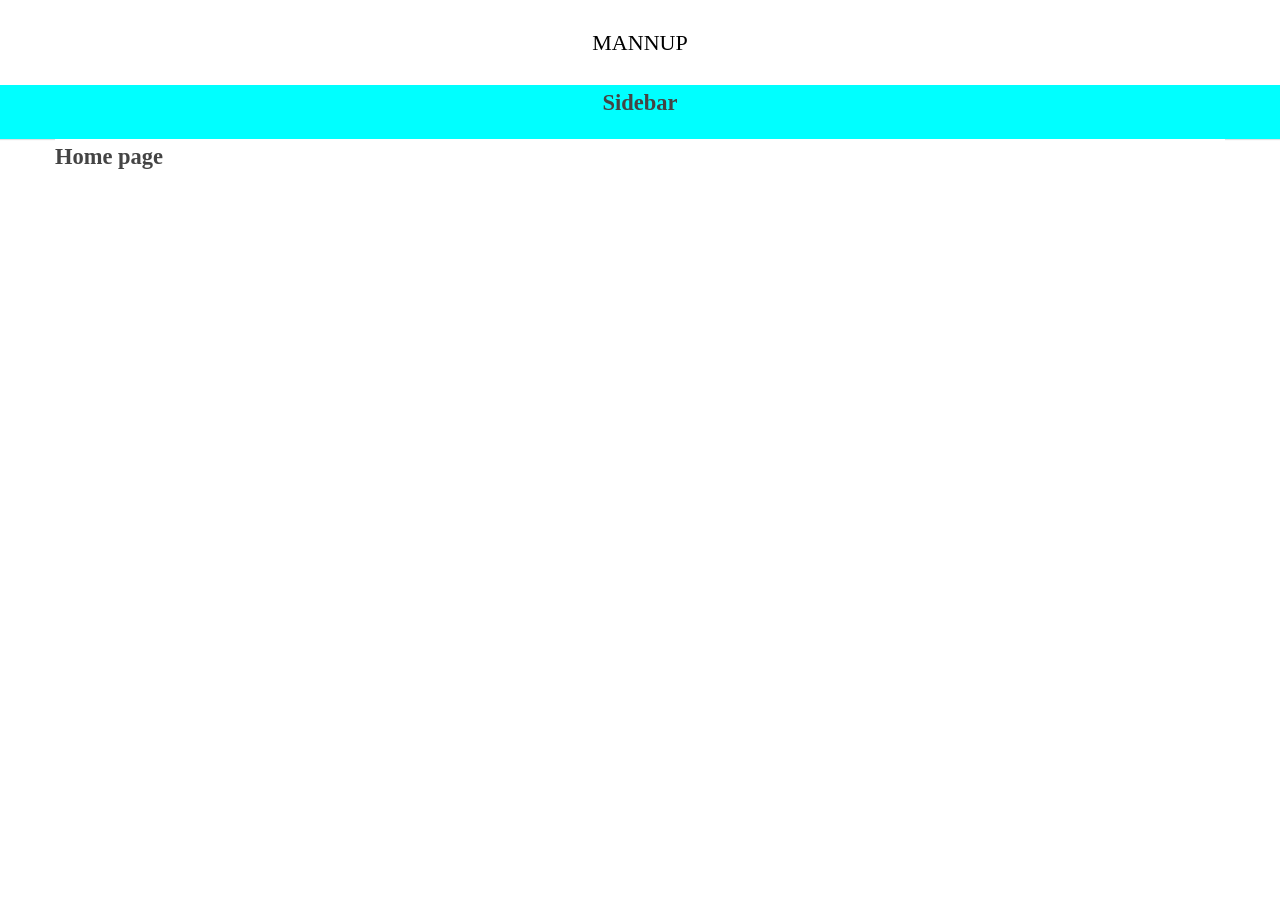
Repository: SyLe-Van/Make-Colorful
Page: /
These files come from the project's save history. The page is drawn as it stood at one moment and after a run of saves; the edit follows.
The browser window is 1280 px wide. The pictures show the whole page.
Some web fonts or font styles are not loaded; a fallback is used. The project was rebuilt for these pictures with package versions that can differ from the ones it lists, and the page was loaded fresh each time. Also part of the build but not shown: src/pages/cinema/index.js, src/pages/fashion/index.js, src/pages/grooming/index.js, src/pages/lifestyle/index.js, src/pages/contact/index.js.

Above is the page before, as saved 2023-10-10 21:52:22.

### src/index.js
import React from 'react';
import ReactDOM from 'react-dom/client';
import App from '~/App';
import reportWebVitals from './reportWebVitals';
import GlobalStyles from '~/components/GlobalStyles';
const root = ReactDOM.createRoot(document.getElementById('root'));
root.render(
    <React.StrictMode>
        <GlobalStyles>
            <App />
        </GlobalStyles>
    </React.StrictMode>,
);

// If you want to start measuring performance in your app, pass a function
// to log results (for example: reportWebVitals(console.log))
// or send to an analytics endpoint. Learn more: https://bit.ly/CRA-vitals
reportWebVitals();

### src/App.js
import { BrowserRouter as Router, Routes, Route } from 'react-router-dom';
import Home from '~/pages/home';
import Cinema from '~/pages/cinema';
import Fashion from '~/pages/fashion';
import Grooming from '~/pages/grooming';
import LifeStyle from '~/pages/lifestyle';
import { publicRoutes } from './routes';
import { Component } from 'react';
import { DefaultLayout } from '~/components/Layout';
import { Fragment } from 'react';
function App() {
    return (
        <Router>
            <div className="App">
                <Routes>
                    {publicRoutes.map((route, index) => {
                        const Layout = route.layout === null ? Fragment : DefaultLayout;
                        const Page = route.component;
                        return (
                            <Route
                                key={index}
                                path={route.path}
                                element={
                                    <Layout>
                                        <Page />
                                    </Layout>
                                }
                            />
                        );
                    })}
                </Routes>
            </div>
        </Router>
    );
}

export default App;

### src/routes/index.js
import Home from '~/pages/home';
import Cinema from '~/pages/cinema';
import Fashion from '~/pages/fashion';
import Grooming from '~/pages/grooming';
import LifeStyle from '~/pages/lifestyle';
import Contact from '~/pages/contact';
// dont need login to view
const publicRoutes = [
    { path: '/', component: Home },
    { path: '/cinema', component: Cinema },
    { path: '/fashion', component: Fashion },
    { path: '/grooming', component: Grooming },
    { path: '/lifestyle', component: LifeStyle },
    { path: '/contact', component: Contact, layout: null },
];

const privateRoutes = [];

export { publicRoutes, privateRoutes };

### src/components/GlobalStyles/GlobalStyles.scss
@import 'normalize.css';
@import url('https:; //fonts.googleapis.com/css2?family=Lato:ital,wght@0,400;0,700;1,400;1,700&family=Montserrat:ital,wght@0,400;0,700;1,400;1,700&family=Playfair+Display&family=Poppins:wght@300;400;600;700&display=swap');

:root {
    --primary: #f6f6f6;
}

* {
    box-sizing: border-box;
    margin: 0;
    padding: 0;
}
html {
    font-size: 40px;
}
body {
    font-family: 'Playfair Display', serif;
    line-height: 1.6;
    color: #444;
    font-size: 15px;
    text-rendering: optimizeSpeed;
}

### src/components/Layout/DefaultLayout/index.js
import Header from './Header';
import classNames from 'classnames/bind';
import styles from './DefaultLayout.module.scss';
import Sidebar from './Sidebar';

const cx = classNames.bind(styles);
function DefaultLayout({ children }) {
    return (
        <div className={cx('wrapper')}>
            <Header />
            <Sidebar />
            <div className={cx('container')}>
                <div className={cx('contain')}>{children}</div>
            </div>
        </div>
    );
}

export default DefaultLayout;

### src/components/Layout/DefaultLayout/Header/index.js
import styles from './Header.module.scss';
import classNames from 'classnames/bind';

const cx = classNames.bind(styles);

function Header() {
    return (
        <header className={cx('wrapper')}>
            <div className={cx('inner')}>MANNUP</div>
        </header>
    );
}

export default Header;

### src/components/Layout/DefaultLayout/DefaultLayout.module.scss
.wrapper {
    display: flex;
    flex-direction: column;
    align-items: center;
}
.container {
    width: 1170px;
    height: 760px;
    background-color: #ffffff;
}

### src/components/Layout/DefaultLayout/Sidebar/index.js
import styles from './Sidebar.module.scss';
import classNames from 'classnames/bind';

const cx = classNames.bind(styles);

function Sidebar() {
    return (
        <aside className={cx('wrapper')}>
            <h2>Sidebar</h2>
        </aside>
    );
}

export default Sidebar;

### src/components/Layout/DefaultLayout/Header/Header.module.scss
.wrapper {
    height: 85px;
    width: 100%;
    box-shadow: 0px 1px 1px rgb(0 0 0 / 12%);
}
.inner {
    color: #000000;
    font-size: 22px;
    display: flex;
    justify-content: center;
    padding-top: 25px;
}

### src/components/Layout/DefaultLayout/Sidebar/Sidebar.module.scss
.wrapper {
    height: 54px;
    width: 100%;
    box-shadow: 0px 1px 1px rgb(0 0 0 / 12%);
    display: flex;
    justify-content: center;
    background-color: aqua;
}

.contener {
    width: 1170px;
    display: flex;
}

.content {
    flex: 1;
    background-color: aliceblue;
}

Loaded but not shown: public/index.html (common file); src/reportWebVitals.js (common file); src/components/GlobalStyles/index.js (common file); src/pages/home/index.js (common file); src/components/Layout/index.js (common file)

After the next 2 saves:
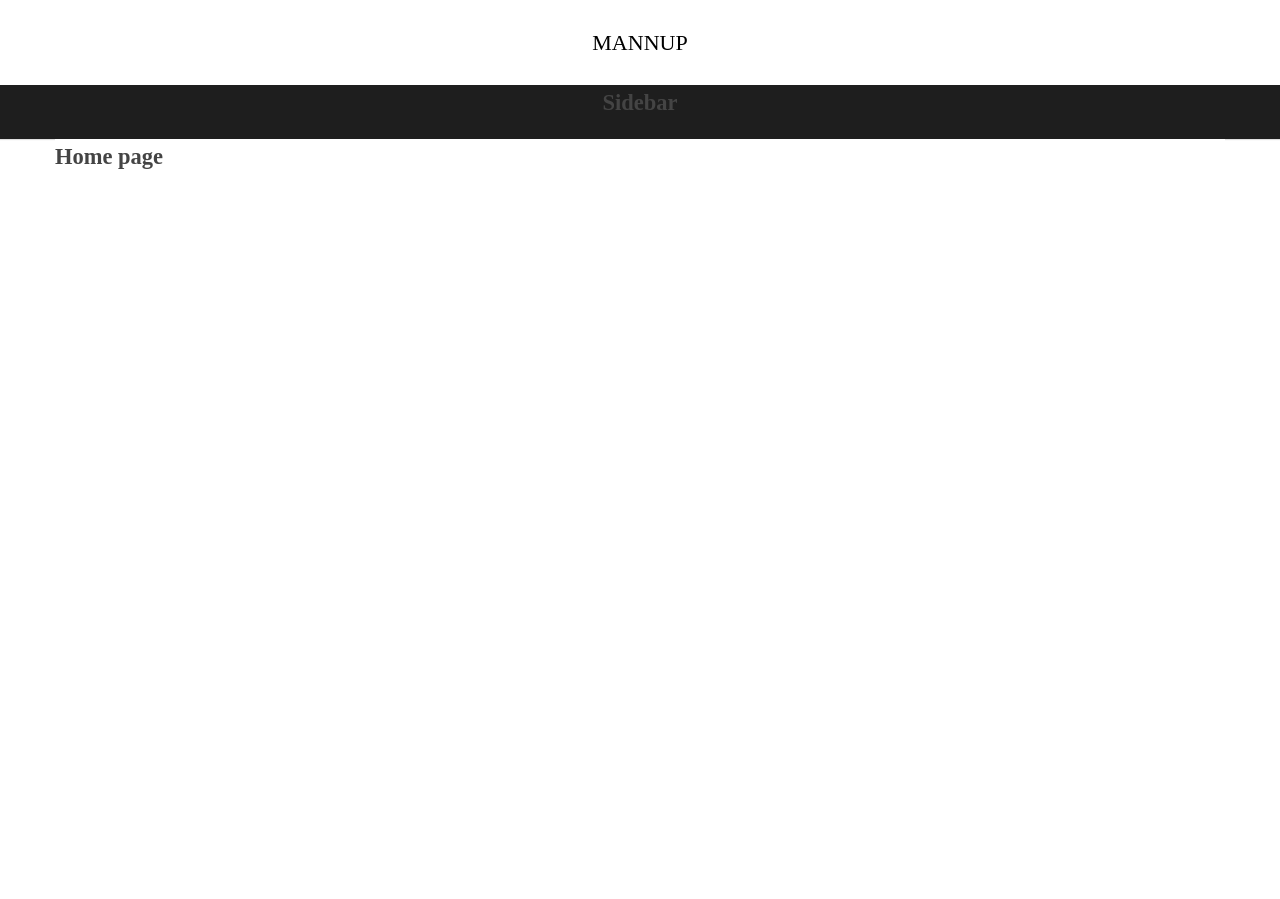
The 2 saves are shown as one change because 1 did not build or start.
The last was saved 31 s later.
--- a/src/components/Layout/DefaultLayout/Sidebar/Sidebar.module.scss
+++ b/src/components/Layout/DefaultLayout/Sidebar/Sidebar.module.scss
@@ -4,7 +4,7 @@
     box-shadow: 0px 1px 1px rgb(0 0 0 / 12%);
     display: flex;
     justify-content: center;
-    background-color: aqua;
+    background-color: #1e1e1e;
 }
 
 .contener {
